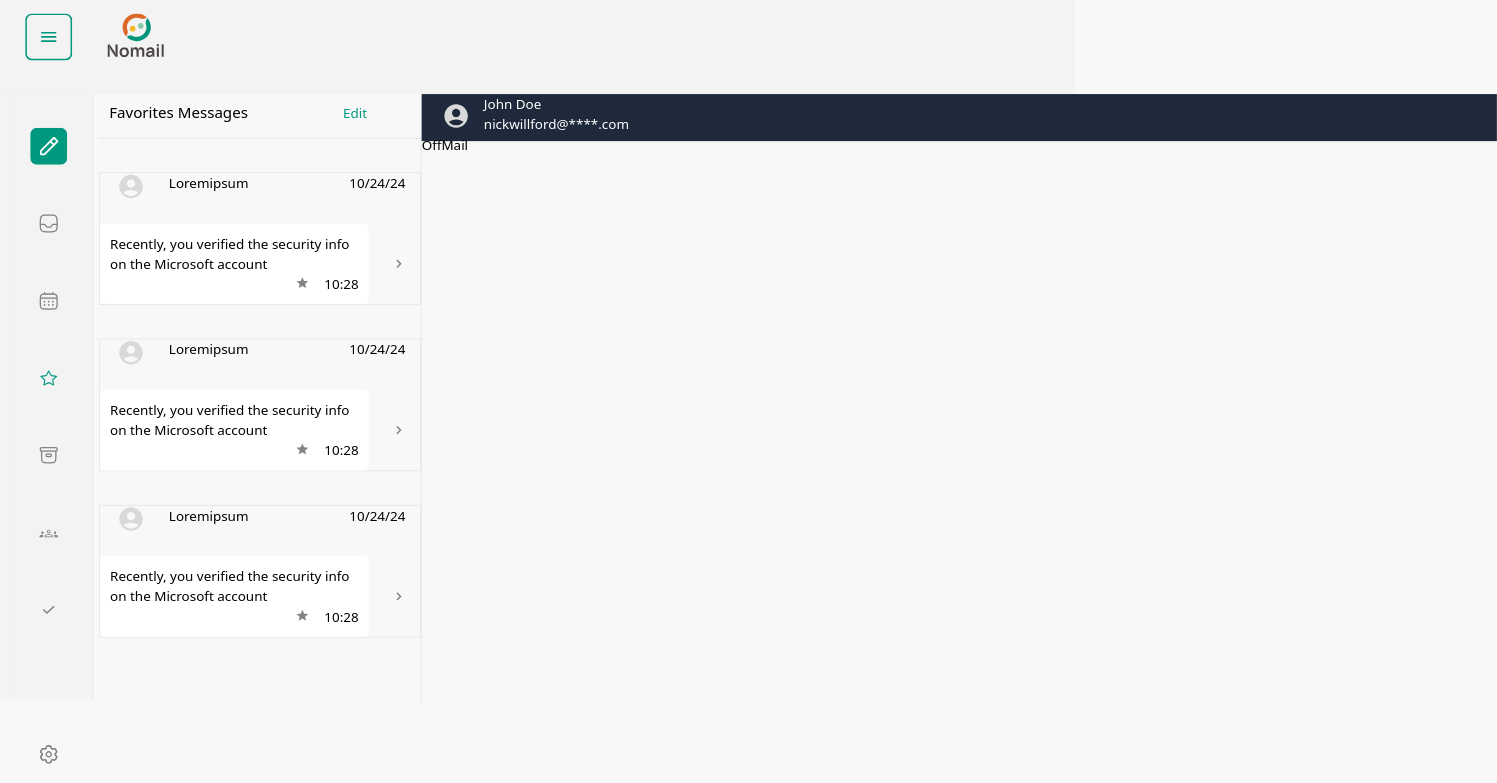
Repository: Tofigkh1/Nomail-Project
Page: /favorites (app in client/)
These files come from the project's save history. The page is drawn as it stood at one moment and after a run of saves; the edit follows.
The browser window is 1280 px wide. The page is 1782 px wide, so the pictures cover 1782 px, including what lies to the right of the window. The pictures show the whole page, at 84% of full size.
The project was rebuilt for these pictures with package versions that can differ from the ones it lists, and the page was loaded fresh each time. The framework's server and built-in components were replaced by stand-ins that run in the browser. Also part of the build but not shown: client/next.config.mjs, client/components/shared/svg/FavoritesSvg.jsx, client/components/shared/svg/calendarActiveSvg.jsx, client/components/shared/client/CheckBox/index.tsx.

Above is the page before, as saved 2024-11-22 03:02:48.

After the next 2 saves:
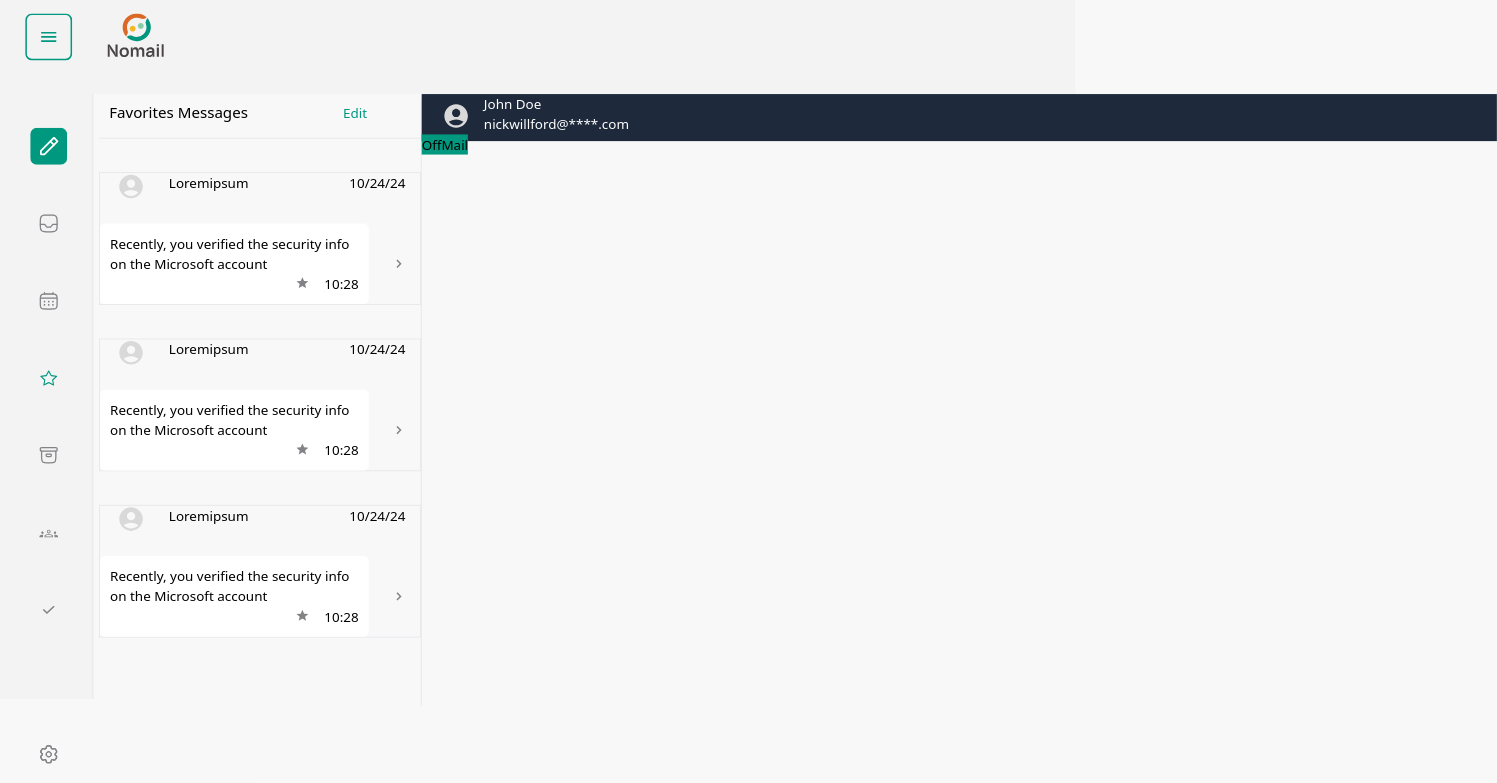
The 2 saves are shown as one change because they came seconds apart.
The last was saved 5 s later.
--- a/client/components/shared/client/messagesView/index.tsx
+++ b/client/components/shared/client/messagesView/index.tsx
@@ -28,7 +28,7 @@ export default function MessagesView() {
 
 
                 <div>
-                    <button className=" color">
+                    <button className=" bg-buttonColor">
                         OffMail
                     </button>
                 </div>
